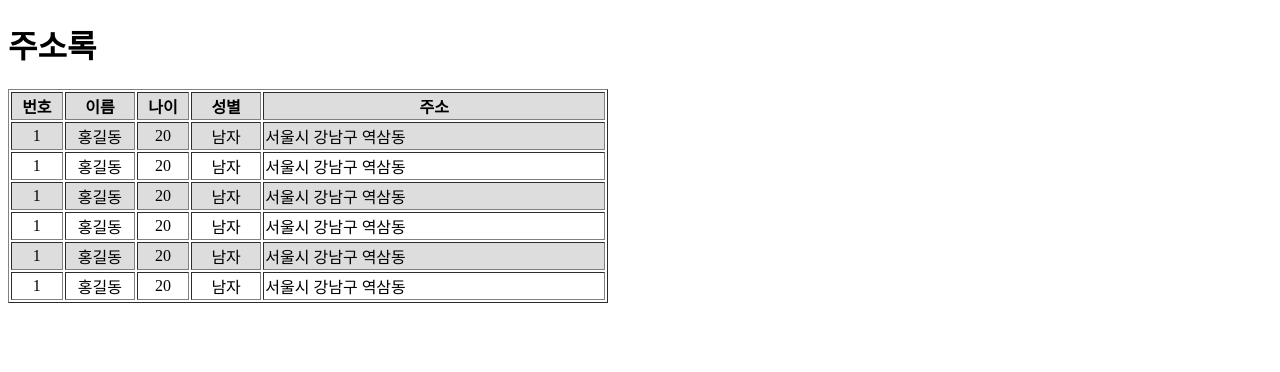
Repository: sungken/htmlProject
Page: ClientTest/src/main/webapp/html/ex16_table.html
An editor plug-in stored every save of this project. The page is shown before and after the next save, followed by the edit.
The browser window is 1280 px wide. The pictures show the whole page.

Above is the page before, as saved 2024-03-13 06:47:46.

### ClientTest/src/main/webapp/html/ex16_table.html
<!DOCTYPE html>
<html>
<head>
<meta charset="UTF-8">
<title>Insert title here</title>
</head>
<body>
	<!-- ex16_table.html -->
	<h1>주소록</h1>

	<table border="1" width="600">
		<tr bgcolor="#dddddd">
			<td width="50" align="center"><b>번호</b></td>
			<td width="70" align="center"><b>이름</td>
			<td width="50" align="center"><b>나이</b></td>
			<td width="70" align="center"><b>성별</b></td>
			<td width="360" align="center"><b>주소</b></td>
		</tr>
		<tr bgcolor="#dddddd">
			<td align="center">1</td>
			<td align="center">홍길동</td>
			<td align="center">20</td>
			<td align="center">남자</td>
			<td align="left">서울시 강남구 역삼동</td>
		</tr>
		<tr>
			<td align="center">1</td>
			<td align="center">홍길동</td>
			<td align="center">20</td>
			<td align="center">남자</td>
			<td align="left">서울시 강남구 역삼동</td>
		</tr>
		<tr bgcolor="#dddddd">
			<td align="center">1</td>
			<td align="center">홍길동</td>
			<td align="center">20</td>
			<td align="center">남자</td>
			<td align="left">서울시 강남구 역삼동</td>
		</tr>
		<tr>
			<td align="center">1</td>
			<td align="center">홍길동</td>
			<td align="center">20</td>
			<td align="center">남자</td>
			<td align="left">서울시 강남구 역삼동</td>
		</tr>
		<tr bgcolor="#dddddd">
			<td align="center">1</td>
			<td align="center">홍길동</td>
			<td align="center">20</td>
			<td align="center">남자</td>
			<td align="left">서울시 강남구 역삼동</td>
		</tr>
		<tr>
			<td align="center">1</td>
			<td align="center">홍길동</td>
			<td align="center">20</td>
			<td align="center">남자</td>
			<td align="left">서울시 강남구 역삼동</td>
		</tr>


	</table>

</body>
</html>

After the next save:
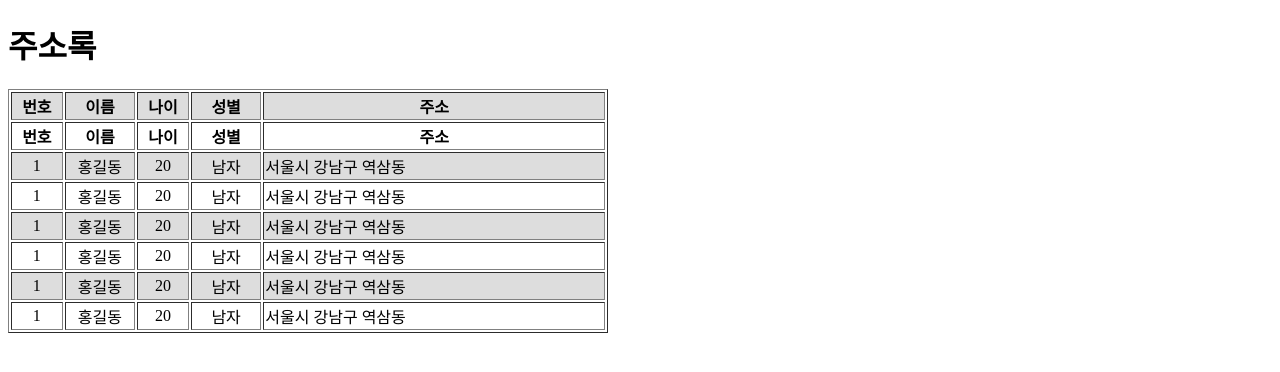
Saved 59 s later.
--- a/ClientTest/src/main/webapp/html/ex16_table.html
+++ b/ClientTest/src/main/webapp/html/ex16_table.html
@@ -16,6 +16,16 @@
 			<td width="70" align="center"><b>성별</b></td>
 			<td width="360" align="center"><b>주소</b></td>
 		</tr>
+
+		<tr>
+			<th>번호</th>
+			<th>이름</th>
+			<th>나이</th>
+			<th>성별</th>
+			<th>주소</th>
+
+		</tr>
+
 		<tr bgcolor="#dddddd">
 			<td align="center">1</td>
 			<td align="center">홍길동</td>
